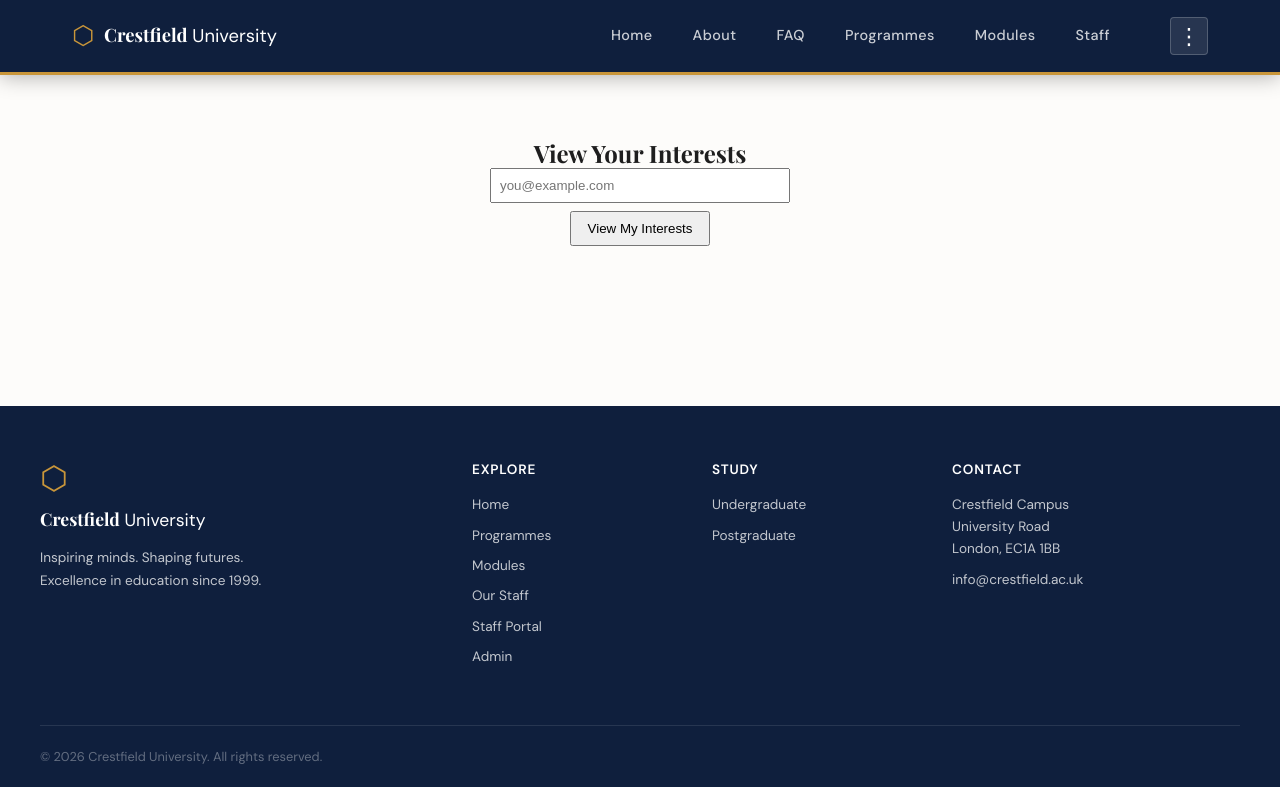
Repository: dowrinprity-blip/Web-Project
Page: http://localhost/University/my-interests.php
These files come from the project's save history. The page is drawn as it stood at one moment and after the next save; the edit follows.
The browser window is 1280 px wide. The pictures show the whole page.
The page is run by PHP 8.4 with error messages shown; the project is at /var/www/html/.

Above is the page before, as saved 2026-03-25 19:44:10.

### my-interests.php
<?php
require_once 'includes/db.php';
$page_title = 'My Interests';

$interests = []; // default empty array

if ($_SERVER['REQUEST_METHOD'] === 'POST' && !empty($_POST['email'])) {
    $email = $conn->real_escape_string($_POST['email']);

    // Get the programme names and details for this email, sorted by registration date descending
    $sql = "SELECT p.ProgrammeID, p.ProgrammeName, p.ShortDesc, i.StudentName, i.RegisteredAt
            FROM interestedstudents i
            JOIN Programmes p ON i.ProgrammeID = p.ProgrammeID
            WHERE i.Email = '$email'
            ORDER BY i.RegisteredAt DESC";
    $result = $conn->query($sql);

    if ($result) {
        while ($row = $result->fetch_assoc()) {
            $interests[] = $row;
        }
    }
}

include 'includes/header.php';
?>

<section class="section">
    <div class="section-inner" style="max-width:800px;margin:0 auto;text-align:center;">
        <h2>View Your Interests</h2>
        <form method="POST" action="" style="margin-bottom:2rem;">
            <input type="email" name="email" id="email" placeholder="you@example.com" required
                   style="padding:.5rem;width:80%;max-width:300px;margin-bottom:.5rem;">
            <br>
            <button type="submit" style="padding:.5rem 1rem;">View My Interests</button>
        </form>

        <?php if ($_SERVER['REQUEST_METHOD'] === 'POST'): ?>
            <?php if (count($interests) > 0): ?>
                <div style="display:grid;grid-template-columns:repeat(auto-fill,minmax(250px,1fr));gap:1rem;">
                    <?php foreach ($interests as $i): ?>
                        <div style="border:1px solid #ccc;border-radius:8px;overflow:hidden;box-shadow:0 5px 15px rgba(0,0,0,0.1);">
                            <div style="padding:1rem;text-align:left;">
                                <h3 style="margin-top:0;font-size:1.2rem;"><?= htmlspecialchars($i['ProgrammeName']) ?></h3>
                                <p style="font-size:.9rem;color:#555;"><?= htmlspecialchars($i['ShortDesc']) ?></p>
                                <p style="font-size:.8rem;color:#888;margin-top:.5rem;">
                                    Registered At: <?= htmlspecialchars($i['RegisteredAt']) ?><br>
                                    Name: <?= htmlspecialchars($i['StudentName']) ?>
                                </p>
                                <a href="programmes.php?id=<?= urlencode($i['ProgrammeID']) ?>"
                                   style="display:inline-block;margin-top:.5rem;padding:.4rem .8rem;background:#1a73e8;color:#fff;border-radius:4px;text-decoration:none;font-size:.85rem;">
                                   Go to Programme
                                </a>
                            </div>
                        </div>
                    <?php endforeach; ?>
                </div>
            <?php else: ?>
                <p>No interests found for this email.</p>
            <?php endif; ?>
        <?php endif; ?>
    </div>
</section>

<?php include 'includes/footer.php'; ?>

### includes/db.php
<?php
require_once __DIR__ . '/config.php';

// Create connection
function getDBConnection() {
    $conn = new mysqli(DB_HOST, DB_USER, DB_PASS, DB_NAME);

    if ($conn->connect_error) {
        die("Connection failed: " . $conn->connect_error);
    }

    $conn->set_charset("utf8mb4");
    return $conn;
}

// Global connection
$conn = getDBConnection();

function checkDatabaseExists() {
    $conn = new mysqli(DB_HOST, DB_USER, DB_PASS);
    $result = $conn->query("SELECT SCHEMA_NAME FROM INFORMATION_SCHEMA.SCHEMATA WHERE SCHEMA_NAME = '" . DB_NAME . "'");
    return $result->num_rows > 0;
}
?>

### includes/config.php
<?php
/**
 * Central Configuration File - Load this first in all includes
 */

// ==================== BASE URL DETECTION ====================
if (!function_exists('detectBaseUrl')) {
    function detectBaseUrl() {
        $protocol = isset($_SERVER['HTTPS']) && $_SERVER['HTTPS'] === 'on' ? 'https://' : 'http://';
        $host = $_SERVER['HTTP_HOST'];
        $scriptName = $_SERVER['SCRIPT_NAME'];

        $basePath = dirname(dirname($scriptName));
        $basePath = str_replace('\\', '/', $basePath);

        if ($basePath == '/' || $basePath == '\\') {
            $basePath = '';
        }

        return rtrim($protocol . $host . $basePath, '/');
    }
}

if (!defined('BASE_URL')) {
    define('BASE_URL', 'http://localhost/University');
}

// ==================== DATABASE CONSTANTS ====================
if (!defined('DB_HOST')) {
    define('DB_HOST', 'localhost');
    define('DB_USER', 'root');
    define('DB_PASS', '');
    define('DB_NAME', 'student_course_hub');
}
?>

### includes/header.php
<?php
$current_page = basename($_SERVER['PHP_SELF']);
if (!function_exists('isStudentLoggedIn')) {
    require_once __DIR__ . '/auth.php';
}

$staffLoggedIn   = function_exists('isStaffLoggedIn')   && isStaffLoggedIn();
$studentLoggedIn = function_exists('isStudentLoggedIn') && isStudentLoggedIn();
$adminLoggedIn   = function_exists('isAdminLoggedIn')   && isAdminLoggedIn();
?>
<!DOCTYPE html>
<html lang="en">
<head>
    <meta charset="UTF-8">
    <meta name="viewport" content="width=device-width, initial-scale=1.0">
    <title><?= isset($page_title) ? htmlspecialchars($page_title) . ' — ' : '' ?>Crestfield University</title>
    <link rel="preconnect" href="https://fonts.googleapis.com">
    <link rel="preconnect" href="https://fonts.gstatic.com" crossorigin>
    <link href="https://fonts.googleapis.com/css2?family=Playfair+Display:wght@400;600;700;900&family=DM+Sans:wght@300;400;500;600&display=swap" rel="stylesheet">
    <link rel="stylesheet" href="<?= BASE_URL ?>/css/style.css">
    <style>
        .portal-menu-wrap { position: relative; margin-left: .5rem; }
        .portal-dots-btn {
            background: rgba(255,255,255,.1);
            border: 1px solid rgba(255,255,255,.2);
            color: #fff; border-radius: var(--radius);
            width: 38px; height: 38px;
            display: flex; align-items: center; justify-content: center;
            cursor: pointer; font-size: 1.4rem; transition: background .2s; flex-shrink: 0;
        }
        .portal-dots-btn:hover { background: rgba(201,150,58,.25); }
        .portal-dropdown {
            display: none; position: absolute; right: 0; top: calc(100% + 10px);
            background: #fff; border-radius: var(--radius-lg);
            box-shadow: 0 12px 40px rgba(11,29,58,.22);
            min-width: 230px; overflow: hidden; z-index: 500;
            border: 1px solid var(--border);
        }
        .portal-dropdown.open { display: block; }
        .portal-dropdown-header {
            background: var(--navy); color: rgba(255,255,255,.6);
            font-size: .68rem; font-weight: 700; letter-spacing: .1em;
            text-transform: uppercase; padding: .65rem 1.1rem;
        }
        .portal-dropdown a {
            display: flex; align-items: center; gap: .75rem;
            padding: .75rem 1.1rem; font-size: .88rem; font-weight: 500;
            color: var(--navy); border-bottom: 1px solid #f5f2ee; transition: background .15s;
        }
        .portal-dropdown a:last-child { border-bottom: none; }
        .portal-dropdown a:hover { background: #fdf9f3; }
        .portal-dropdown a .pd-icon { font-size: 1rem; width: 22px; text-align: center; }
        .portal-dropdown a .pd-label { flex: 1; }
        .portal-dropdown a .pd-arrow { font-size: .8rem; color: var(--gold); }
        .portal-dropdown a.pd-active { background: #fdf6e3; font-weight: 600; }
        .portal-dropdown a.pd-logout { color: #922b21; }
        .portal-dropdown a.pd-logout:hover { background: #fdecea; }
    </style>
</head>
<body>

<header class="site-header">
    <div class="header-inner">
        <a href="<?= BASE_URL ?>/index.php" class="logo">
            <span class="logo-crest">⬡</span>
            <span class="logo-text"><strong>Crestfield</strong> University</span>
        </a>

        <nav class="main-nav">
            <a href="<?= BASE_URL ?>/index.php"           class="<?= $current_page === 'index.php'           ? 'active' : '' ?>">Home</a>
            <a href="<?= BASE_URL ?>/index.php#about">About</a>
            <a href="<?= BASE_URL ?>/index.php#faq">FAQ</a>
            <a href="<?= BASE_URL ?>/programmes.php"      class="<?= $current_page === 'programmes.php'      ? 'active' : '' ?>">Programmes</a>
            <a href="<?= BASE_URL ?>/modules.php"         class="<?= $current_page === 'modules.php'         ? 'active' : '' ?>">Modules</a>
            <a href="<?= BASE_URL ?>/staff_directory.php" class="<?= $current_page === 'staff_directory.php' ? 'active' : '' ?>">Staff</a>
        </nav>

        <!-- 3-dot portal menu -->
        <div class="portal-menu-wrap">
            <button class="portal-dots-btn" onclick="togglePortalMenu()" aria-label="Portal menu" title="Login / My Portal">⋮</button>

            <div class="portal-dropdown" id="portal-dropdown">

                <?php if ($adminLoggedIn): ?>
                <div class="portal-dropdown-header">Admin Portal</div>
                <a href="<?= BASE_URL ?>/admin/index.php" class="pd-active">
                    <span class="pd-icon">🛡️</span><span class="pd-label">Admin Dashboard</span><span class="pd-arrow">→</span>
                </a>
                <a href="<?= BASE_URL ?>/admin/logout.php" class="pd-logout">
                    <span class="pd-icon">⏻</span><span class="pd-label">Sign Out</span>
                </a>

                <?php elseif ($staffLoggedIn): ?>
                <?php $sd = getLoggedInStaff(); ?>
                <div class="portal-dropdown-header">Staff Portal</div>
                <a href="<?= BASE_URL ?>/staff/dashboard.php" class="pd-active">
                    <span class="pd-icon">👤</span><span class="pd-label"><?= htmlspecialchars($sd['Name'] ?? 'My Portal') ?></span><span class="pd-arrow">→</span>
                </a>
                <a href="<?= BASE_URL ?>/staff/profile.php">
                    <span class="pd-icon">✏️</span><span class="pd-label">My Profile</span><span class="pd-arrow">→</span>
                </a>
                <a href="<?= BASE_URL ?>/staff/my_modules.php">
                    <span class="pd-icon">📚</span><span class="pd-label">My Modules</span><span class="pd-arrow">→</span>
                </a>
                <a href="<?= BASE_URL ?>/staff/logout.php" class="pd-logout">
                    <span class="pd-icon">⏻</span><span class="pd-label">Sign Out</span>
                </a>

                <?php elseif ($studentLoggedIn): ?>
                <?php $stu = getLoggedInStudent(); ?>
                <div class="portal-dropdown-header">Student Portal</div>
                <a href="<?= BASE_URL ?>/student/dashboard.php" class="pd-active">
                    <span class="pd-icon">🎓</span><span class="pd-label"><?= htmlspecialchars($stu['FullName'] ?? 'My Portal') ?></span><span class="pd-arrow">→</span>
                </a>
                <a href="<?= BASE_URL ?>/student/my_profile.php">
                    <span class="pd-icon">👤</span><span class="pd-label">My Profile</span><span class="pd-arrow">→</span>
                </a>
                <a href="<?= BASE_URL ?>/student/my_interests.php">
                    <span class="pd-icon">⭐</span><span class="pd-label">My Interests</span><span class="pd-arrow">→</span>
                </a>
                <a href="<?= BASE_URL ?>/student/logout.php" class="pd-logout">
                    <span class="pd-icon">⏻</span><span class="pd-label">Sign Out</span>
                </a>

                <?php else: ?>
                <a href="<?= BASE_URL ?>/my-interests.php">
    <span class="pd-icon">⭐</span>
    <span class="pd-label">View My Interests</span>
    <span class="pd-arrow">→</span>
</a>

                <div class="portal-dropdown-header">Student Access</div>
                <a href="<?= BASE_URL ?>/student/login.php">
                    <span class="pd-icon">🎓</span><span class="pd-label">Student Login</span><span class="pd-arrow">→</span>
                </a>

                <div class="portal-dropdown-header">Staff Access</div>
                <a href="<?= BASE_URL ?>/staff/login.php">
                    <span class="pd-icon">👔</span><span class="pd-label">Staff Login</span><span class="pd-arrow">→</span>
                </a>
                <div class="portal-dropdown-header">Admin Access</div>
                <a href="<?= BASE_URL ?>/admin/login.php">
                    <span class="pd-icon">🛡️</span><span class="pd-label">Admin Login</span><span class="pd-arrow">→</span>
                </a>
                <?php endif; ?>

            </div>
        </div>

        <button class="nav-toggle" onclick="document.querySelector('.main-nav').classList.toggle('open')">☰</button>
    </div>
</header>

<script>
function togglePortalMenu() {
    document.getElementById('portal-dropdown').classList.toggle('open');
}
document.addEventListener('click', function(e) {
    var wrap = document.querySelector('.portal-menu-wrap');
    if (wrap && !wrap.contains(e.target)) {
        document.getElementById('portal-dropdown').classList.remove('open');
    }
});
</script>

### includes/footer.php
<footer class="site-footer">
    <div class="footer-inner">
        <div class="footer-brand">
            <span class="logo-crest">⬡</span>
            <span class="logo-text"><strong>Crestfield</strong> University</span>
            <p>Inspiring minds. Shaping futures.<br>Excellence in education since 1999.</p>
        </div>
        <div class="footer-links">
            <h4>Explore</h4>
            <a href="<?= BASE_URL ?>/index.php">Home</a>
            <a href="<?= BASE_URL ?>/programmes.php">Programmes</a>
            <a href="<?= BASE_URL ?>/modules.php">Modules</a>
            <a href="<?= BASE_URL ?>/staff_directory.php">Our Staff</a>
            <a href="<?= BASE_URL ?>/staff_portal.php">Staff Portal</a>
            <a href="<?= BASE_URL ?>/admin/login.php">Admin</a>
        </div>
        <div class="footer-links">
            <h4>Study</h4>
            <a href="<?= BASE_URL ?>/programmes.php?level=1">Undergraduate</a>
            <a href="<?= BASE_URL ?>/programmes.php?level=2">Postgraduate</a>
        </div>
        <div class="footer-contact">
            <h4>Contact</h4>
            <p>Crestfield Campus<br>University Road<br>London, EC1A 1BB</p>
            <p>info@crestfield.ac.uk</p>
        </div>
    </div>
    <div class="footer-bottom">
        <p>&copy; <?= date('Y') ?> Crestfield University. All rights reserved.</p>
    </div>
</footer>
<script src="<?= BASE_URL ?>/js/main.js"></script>
</body>
</html>

Loaded but not shown: js/main.js (22 lines, source omitted); css/style.css (525 lines, source omitted); includes/auth.php (554 lines, source omitted)

After the next save:
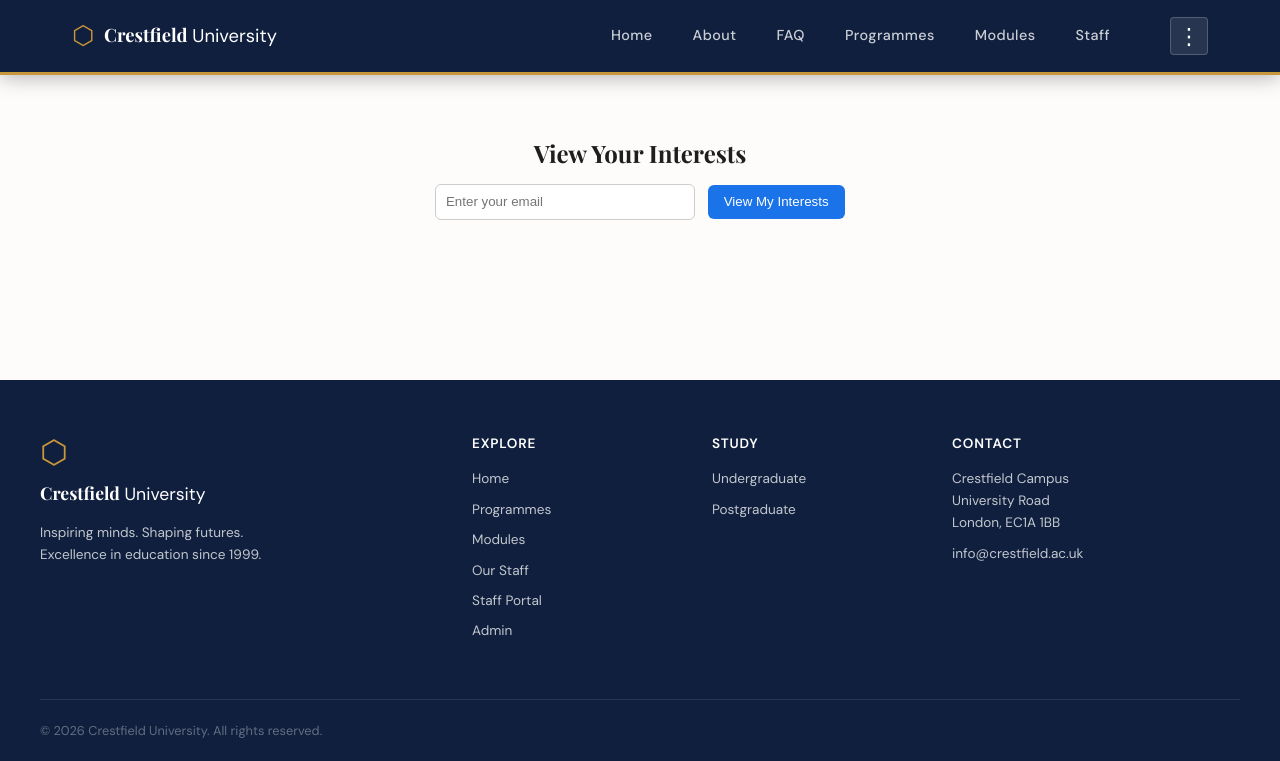
Saved 6 min 1 s later.
--- a/my-interests.php
+++ b/my-interests.php
@@ -2,17 +2,23 @@
 require_once 'includes/db.php';
 $page_title = 'My Interests';
 
-$interests = []; // default empty array
+$interests = [];
 
 if ($_SERVER['REQUEST_METHOD'] === 'POST' && !empty($_POST['email'])) {
     $email = $conn->real_escape_string($_POST['email']);
 
-    // Get the programme names and details for this email, sorted by registration date descending
-    $sql = "SELECT p.ProgrammeID, p.ProgrammeName, p.ShortDesc, i.StudentName, i.RegisteredAt
+    $sql = "SELECT
+                p.ProgrammeID,
+                p.ProgrammemmeName,
+                p.Description,
+                p.Image,
+                i.StudentName,
+                i.RegisteredAt
             FROM interestedstudents i
             JOIN Programmes p ON i.ProgrammeID = p.ProgrammeID
             WHERE i.Email = '$email'
             ORDER BY i.RegisteredAt DESC";
+
     $result = $conn->query($sql);
 
     if ($result) {
@@ -26,39 +32,90 @@ include 'includes/header.php';
 ?>
 
 <section class="section">
-    <div class="section-inner" style="max-width:800px;margin:0 auto;text-align:center;">
-        <h2>View Your Interests</h2>
+    <div class="section-inner" style="max-width:1000px;margin:0 auto;text-align:center;">
+
+        <h2 style="margin-bottom:1rem;">View Your Interests</h2>
+
+        <!-- FORM -->
         <form method="POST" action="" style="margin-bottom:2rem;">
-            <input type="email" name="email" id="email" placeholder="you@example.com" required
-                   style="padding:.5rem;width:80%;max-width:300px;margin-bottom:.5rem;">
-            <br>
-            <button type="submit" style="padding:.5rem 1rem;">View My Interests</button>
+            <input
+                type="email"
+                name="email"
+                placeholder="Enter your email"
+                required
+                style="padding:.6rem;width:260px;border:1px solid #ccc;border-radius:6px;"
+            >
+            <button
+                type="submit"
+                style="padding:.6rem 1rem;margin-left:.5rem;background:#1a73e8;color:#fff;border:none;border-radius:6px;cursor:pointer;"
+            >
+                View My Interests
+            </button>
         </form>
 
+        <!-- RESULTS -->
         <?php if ($_SERVER['REQUEST_METHOD'] === 'POST'): ?>
+
             <?php if (count($interests) > 0): ?>
-                <div style="display:grid;grid-template-columns:repeat(auto-fill,minmax(250px,1fr));gap:1rem;">
+
+                <div style="display:grid;grid-template-columns:repeat(auto-fill,minmax(260px,1fr));gap:1.2rem;">
+
                     <?php foreach ($interests as $i): ?>
-                        <div style="border:1px solid #ccc;border-radius:8px;overflow:hidden;box-shadow:0 5px 15px rgba(0,0,0,0.1);">
+
+                        <div style="border:1px solid #ddd;border-radius:12px;overflow:hidden;
+                                    box-shadow:0 8px 20px rgba(0,0,0,0.08);
+                                    transition:transform .2s;">
+
+                            <!-- IMAGE -->
+                            <img
+                                src="uploads/<?= htmlspecialchars($i['Image']) ?>"
+                                alt=""
+                                style="width:100%;height:170px;object-fit:cover;"
+                            >
+
+                            <!-- CONTENT -->
                             <div style="padding:1rem;text-align:left;">
-                                <h3 style="margin-top:0;font-size:1.2rem;"><?= htmlspecialchars($i['ProgrammeName']) ?></h3>
-                                <p style="font-size:.9rem;color:#555;"><?= htmlspecialchars($i['ShortDesc']) ?></p>
-                                <p style="font-size:.8rem;color:#888;margin-top:.5rem;">
-                                    Registered At: <?= htmlspecialchars($i['RegisteredAt']) ?><br>
+
+                                <h3 style="margin:0 0 .5rem 0;font-size:1.1rem;">
+                                    <?= htmlspecialchars($i['ProgrammemmeName']) ?>
+                                </h3>
+
+                                <p style="font-size:.85rem;color:#555;line-height:1.5;">
+                                    <?= htmlspecialchars($i['Description']) ?>
+                                </p>
+
+                                <p style="font-size:.75rem;color:#888;margin-top:.6rem;">
+                                    Registered: <?= htmlspecialchars($i['RegisteredAt']) ?><br>
                                     Name: <?= htmlspecialchars($i['StudentName']) ?>
                                 </p>
-                                <a href="programmes.php?id=<?= urlencode($i['ProgrammeID']) ?>"
-                                   style="display:inline-block;margin-top:.5rem;padding:.4rem .8rem;background:#1a73e8;color:#fff;border-radius:4px;text-decoration:none;font-size:.85rem;">
-                                   Go to Programme
+
+                                <!-- LINK -->
+                                <a
+                                    href="programme_details.php?id=<?= $i['ProgrammeID'] ?>"
+                                    style="display:inline-block;margin-top:.7rem;
+                                           padding:.45rem .9rem;
+                                           background:#1a73e8;color:#fff;
+                                           border-radius:6px;
+                                           text-decoration:none;
+                                           font-size:.8rem;">
+                                    Go to Programme →
                                 </a>
+
                             </div>
                         </div>
+
                     <?php endforeach; ?>
+
                 </div>
+
             <?php else: ?>
-                <p>No interests found for this email.</p>
+                <p style="margin-top:1rem;color:#666;">
+                    No interests found for this email.
+                </p>
             <?php endif; ?>
+
         <?php endif; ?>
+
     </div>
 </section>
 
